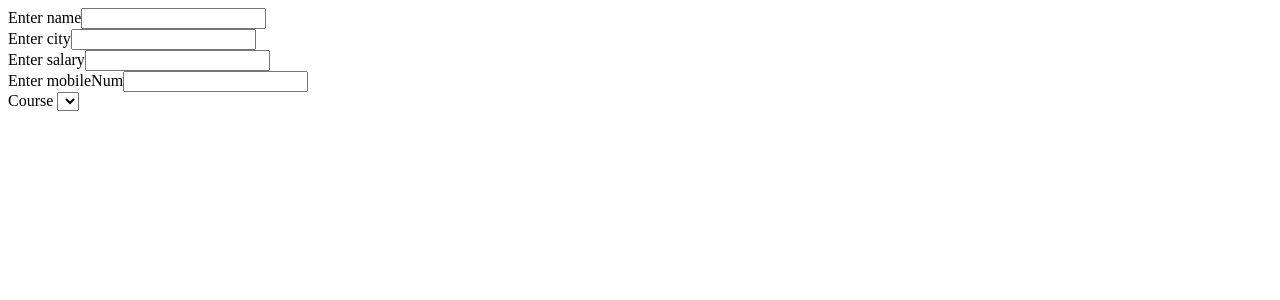
Repository: Kavya-C1/javafulltraning
Page: http://localhost/BasicJspDemo/
These files come from the project's save history. The page is drawn as it stood at one moment and after the next save; the edit follows.
The browser window is 1280 px wide. The pictures show the whole page.
The page is served by Tomcat 9.

Above is the page before, as saved 2024-03-13 07:02:15.

After the next save:
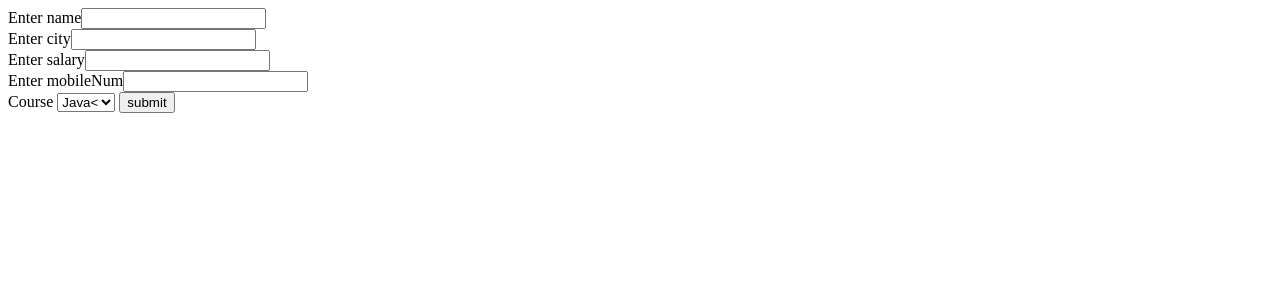
Saved 5 s later.
--- a/Javademos/BasicJspDemo/src/main/webapp/index.jsp
+++ b/Javademos/BasicJspDemo/src/main/webapp/index.jsp
@@ -14,7 +14,7 @@ Enter salary<input type="number" name="salary"><br>
 Enter mobileNum<input type="number" name="mobile"><br>
 
 Course <select name="course">
-<option value="
+<option value="Java">Java<
 </select>
 
 <input type="submit" value="submit">
